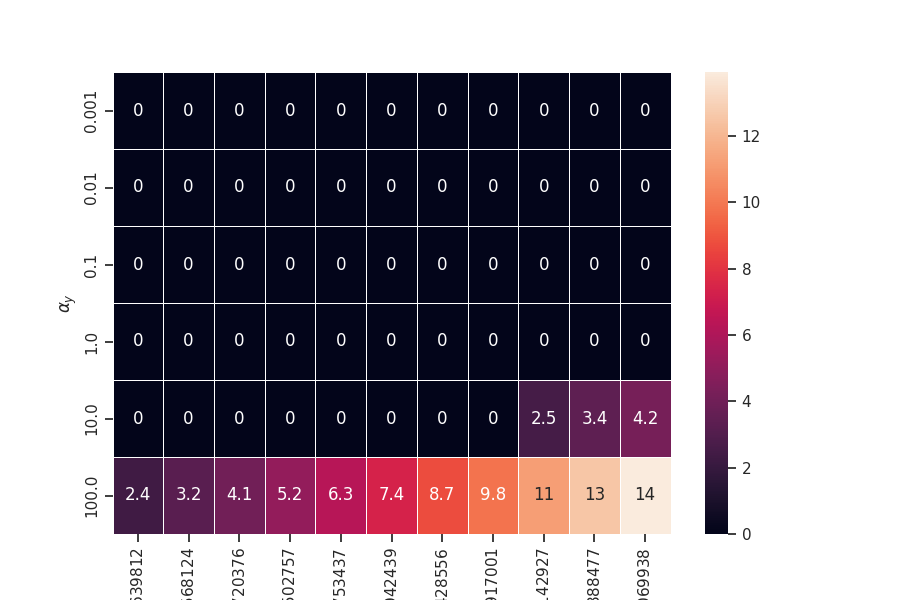
Repository: impermast/recombination
Script's output: python raschet/rec.py
These files come from the project's save history. The script's output is drawn as it stood at one moment and after the next save; the edit follows.
Random numbers start from a fixed seed.

Above is the script's output before, as saved 2023-05-13 19:59:57.

### raschet/rec.py

from math import gamma as Gamma
import numpy as np
from numpy import sqrt as sqrt
import matplotlib.pyplot as plt
from matplotlib import colors,ticker
from scipy import integrate
import seaborn as sns
import pandas as pd


#LOGIC -- 1 download data, else generate new
logic = 1
err=10**(-2)
#consts
#E ~ eV
ma = 100*10**9 #ev
mb = 1*10**12 #ev
alpha = 1/10 #none

beta = 14/5
sigma = 8*np.pi*(alpha/ma)**2/3

r0 = 4.7*10**(-13) #r T_rec
T0 = 2.35*10**(-4) #our time
m_pl = 1.22*10**(19+9) #plank mass ev
h_md = 3.08*10**(-14)  #from artile
t_rm = 1.2             #time of rd md transition
t_mod = 4.4*10**(17+16)/(6.582) #
I = ma*alpha*alpha/2 #ev Ionisation potential

mu = ma*mb/(ma+mb)  #reduced weight
s0 = (4*np.pi)**(2/5) *np.pi* (alpha/mu)**2 #coef in kramers

kappa = 43/345
B = alpha*mu/2
Ta = 0.2*10**6*(ma/(100*10**9))**(3/2)*(1/(100*alpha))

Tny = Ta*kappa**(-1/3)/sqrt(np.pi)


global r_t1,r_t2,r_t3
r_t1, r_t3,r_t2 = r0,r0,r0
print("Starting")

def g_s(T):
    return 2+2*8*(T>200*10**6)+ 7/8*(2*2*(T>0.5/3*10**6))+ 2*2*(T>100/3*10**6) + 2*2*(T>2/3*10**9) + 2*1*3*(T>=10**6)+2*1*3*4/11*(T<10**6)+ 2*2*3*2*(T>200*10**6) + 2*2*3*(T>200*10**6) + 2*2*3*(T>1.8/3*10**9) + 2*2*3*(T>4.5/3*10**9)+ 7/8*2*2*3*(T>171/3*10**9)
def g_e(T):
    return 2+2*8*(T>200*10**6)+ 7/8*(2*2*(T>0.5/3*10**6))+ 2*2*(T>100/3*10**6) + 2*2*(T>2/3*10**9) + 2*1*3*(T>=10**6)+ 2*1*3*(4/11)**(4/3)*(T<10**6)+ 2*2*3*2*(T>200*10**6) + 2*2*3*(T>200*10**6) + 2*2*3*(T>1.8/3*10**9) + 2*2*3*(T>4.5/3*10**9)+ 7/8*2*2*3*(T>171/3*10**9)


#this for three-body rec
def H(t):
    # Hubble const on RD and MD
    if t < t_rm:
        #MD
        return h_md/m_pl**(1/2)
    else:
        return 5.5*np.sqrt(g_e(t_rm)/11)/m_pl
def r(t):
    global r3b_rm
    D = (2*np.pi**2*g_s(t)/45)**2 * (4*np.pi*alpha)**5 * (2*sqrt(ma)*Ta**(9/2)/mb) / H(t)
    if I>t>=t_rm:
        r_t1 = (1+ D*2/5*r0*r0*(t**(-5)-I**(-5)))**(-1/2)
        return r_t1
    elif t_rm>t:
        return  (1+D*r0*r0* 4/9 * (t**(-9/2)-t_rm**(-9/2)))**(-1/2)
    else:
        return 1

#limits on 3body
def lim_3b(x):
    r_pit = (Ta**2/(x**4)) / ((4*np.pi*alpha)**3 *r0*(2*np.pi**2*g_s(x)/45)*sqrt(ma/mb))
    return r_pit

#this for classical approach from https://arxiv.org/pdf/1506.03094.pdf
# def r_cl(t):
#     global r_t2
#     D = Gamma(2-beta/2)*g_s(t)*s0*m_pl*(mu*Ta)**((beta-1)/2)/ (2**((beta-3)/2)*np.sqrt(45*g_e(t_rm)))
#     if I>t>=t_rm:
#         #MD era
#         r_t2 = (1+(D/np.sqrt(g_s(t_rm)))*r0*(t**(-beta+1/2)-I**(-beta+1/2))/(beta-1/2))**(-1)
#         return r_t2
#     elif t_rm>t:
#         #RD era
#         print(r_t2)
#         return (1+D*r0*r_t2*(t**(-beta)-t_rm**(-beta))/beta)**(-1)
#     else:
#         return 1

def func(y,t):
    ans = (y**3*(2*np.pi**2*g_s(t)/45)**2/H(t)) * 2*sqrt(ma)*(4*np.pi*alpha)**5*Ta**(9/2)/(t**4*mb)
    print("Ans = ",ans,"   y = ",y, "  t = ",t)
    return ans

def graph(T,r1,r2,rlim):
    fig, ax = plt.subplots(1,1)
    ax.plot(T,r1,'b',label ="Трехчастичная рекомбинация")
    ax.plot(T,rlim, "--g",label ="Limit")
    ax.plot(T,r2,'r', label ="Радиационная рекомбинация")
    #ax.plot(r_ode.t,r_ode.y,'y', label ="Ode solved")
    ax.set_xlabel('T,  eV')
    print("ma=",ma,", mb=",mb,", alpha=",alpha)
    ax.set_ylabel(r'${r}/{r_0}$', fontsize='large', fontweight='bold')
    ax.grid()
    ax.legend()
    ax.invert_xaxis()
    plt.semilogx()
    plt.semilogy()
    plt.show()
    print("graphs")
def funcForFormatter(x, pos):
    return '$10^{}$'.format(np.log10(x))
def kriteria(alp_range,m_range):
    global alpha,ma,err
    dens = [0]*len(alp_range)
    dens1 = []
    k=0
    for alpha in alp_range:
        for ma in m_range:
            [T,rk,r3,rc,rlim] = calc()
            krit=[i for i, j in zip(r3, rlim) if abs(i-j)<err and i<0.1]
            try: dens1.append(float(-np.log(krit[-1])))
            except IndexError: dens1.append(0)
        dens[k]=dens1
        dens1=[]
        print("At ",k+1,"  itteration")
        k+=1
    df = pd.DataFrame(dens, index=alp_range,columns=m_range)
    df.to_csv('data.csv')

def calc():
    global r3b_rm
    T = [] # Temperature of photons
    z = [] #redshift
    rk = [] # r for kramerz

    #after decouple of dphoton
    i = 0
    T = [(I)]
    z = [T[i]/T0 -1]
    rk = [1] #initial r=1 Kramers case
    r3b = [1] #3body case
    rcl = [1] #classical
    rlim =[lim_3b(T[i])] #pitevski lim

    #until O-photons decouple
    while T[i]>(I/10)*kappa**(-1/3):
        i = i+1
        T = T + [T[i-1]/2]
        rk = rk + [1]
        r3b = r3b+[1]
        rcl = rcl+[1]
        rlim = rlim + [lim_3b(T[i])]
        z.append(T[i]/T0 -1)

    # until RD MD transition
    j = i
    while T[i]>t_rm:
        i=i+1
        T = T + [T[i-1]*0.9]
        z.append(T[i]/T0 -1)
        rk = rk + [(1+4.71*10**8*r0*((np.log(np.sqrt(I*Ta/T[i])))**2-(np.log(np.sqrt(I*Ta/T[j])))**2))**(-1)]
        D = (2*np.pi**2*g_s(T[i])/45)**2 * (4*np.pi*alpha)**5 * (2*np.sqrt(ma)*Ta**(9/2)/mb) / H(T[i])
        r3b = r3b + [(1+ D*2/5*r0*r0*(T[i]**(-5)-I**(-5)))**(-1/2)]

        Dcl = Gamma(2-beta/2)*g_s(T[i])*s0*m_pl*(mu*Ta)**((beta-1)/2)/ ((beta-2)*2**((beta-3)/2)*np.sqrt(45*g_s(T[j])))
        rcl = rcl + [(1+Dcl*r0*(T[i]**(2-beta)-T[j]**(2-beta)))**(-1)]
        rlim = rlim + [lim_3b(T[i])]

    #until now
    j=i
    rk_rm=rk[j]
    r3b_rm = r3b[j]
    while T[i]>T0:
        i=i+1
        T = T + [T[i-1]*0.99]
        z.append(T[i]/T0 -1)
        rk = rk + [rk_rm*(1+1.7*10**9*rk_rm*r0*(T[j]**0.5*(np.log(np.sqrt(I*Ta/T[j]))+2)-T[i]**0.5*(np.log(np.sqrt(I*Ta/T[i]))+2)))**(-1)]
        D = (2*np.pi**2*g_s(T[i])/45)**2 * (4*np.pi*alpha)**5 * (2*np.sqrt(ma)*Ta**(9/2)/mb) / H(T[i])
        r3b = r3b +[r3b_rm*(1+D*r3b_rm*r3b_rm*r0*r0* 4/9 * (T[i]**(-9/2)-T[j]**(-9/2)))**(-1/2)]
        Dcl = Gamma(2-beta/2)*g_s(T[i])*s0*m_pl*(mu*Ta)**((beta-1)/2)/ ((beta-2.5)*2**((beta-3)/2)*np.sqrt(45*g_s(T[j])))/np.sqrt(t_rm)
        rcl = rcl + [rcl[j]*(1+Dcl*rcl[j]*r0*(T[i]**(2.5-beta)-T[j]**(2.5-beta)))**(-1)]
        rlim = rlim + [lim_3b(T[i])]

    return [T,rk,r3b,rcl,rlim]

    #solver ode
    #r_ode = integrate.odeint(func,1,T)
    print("Data")

def main():
    alp_range = [10**i for i in np.arange(-3,3,1.0)]
    m_range = [10**(9+i) for i in np.arange(-10,1,1.0)]

    if logic == 1:
        try:
            df = pd.read_csv('data.csv')
        except FileNotFoundError:
            print(u'Saved data not found')
            df = kriteria(alp_range,m_range)
    else:
        kriteria(alp_range,m_range)

    df = pd.read_csv('data.csv',index_col=0)
    print(df)
    # Draw a heatmap with the numeric values in each cell
    sns.set_theme(style="dark")
    sns.set_style("ticks")
    f, ax = plt.subplots(figsize=(9, 6))
    sns.heatmap(df, annot=True, linewidths=.5, ax=ax)
    ax.set(xlabel=r'${m_a, eV}$',ylabel=r'${\alpha_y}$')
    formatter = ticker.FuncFormatter(funcForFormatter)
    # Установка форматера для оси X
    ax.xaxis.set_major_formatter(formatter)

    plt.show()
 #   graph(T,r3,rk,rlim)
main()

After the next save:
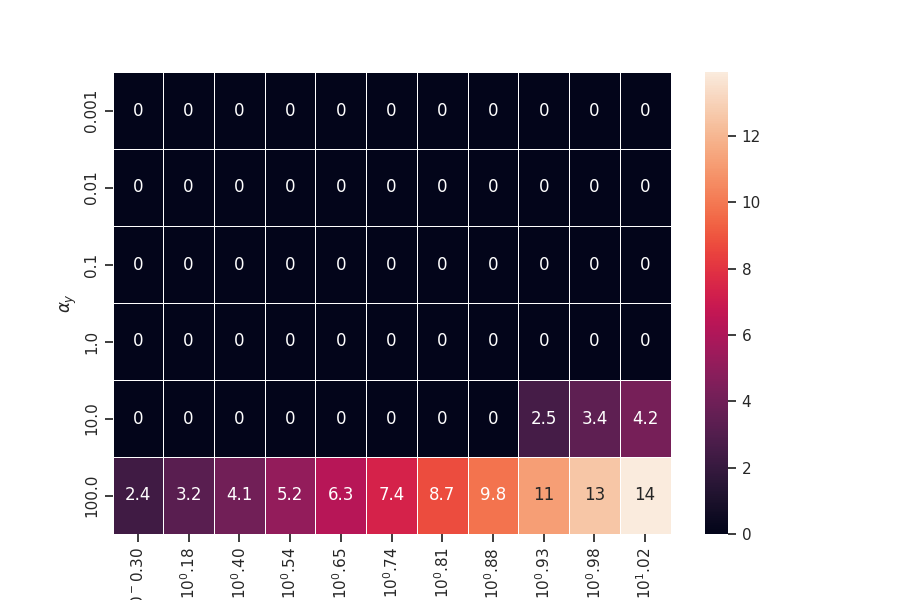
Saved 18 s later.
--- a/raschet/rec.py
+++ b/raschet/rec.py
@@ -110,7 +110,7 @@ def graph(T,r1,r2,rlim):
     plt.show()
     print("graphs")
 def funcForFormatter(x, pos):
-    return '$10^{}$'.format(np.log10(x))
+    return '$10^{:.2f}$'.format(np.log10(x))
 def kriteria(alp_range,m_range):
     global alpha,ma,err
     dens = [0]*len(alp_range)
